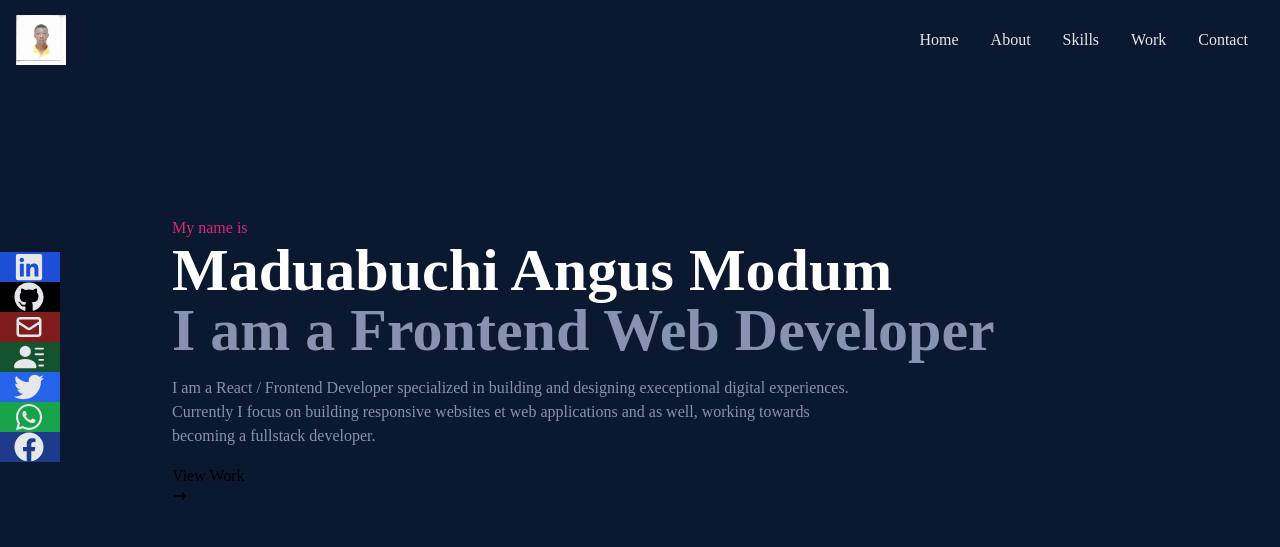
Repository: AngusOnyebuchi/Dashboard
Page: /
An editor plug-in stored every save of this project. The page is shown before and after the next save, followed by the edit.
The browser window is 1280 px wide. The pictures show the whole page.
The project was rebuilt for these pictures with package versions that can differ from the ones it lists, and the page was loaded fresh each time.

Above is the page before, as saved 2022-04-13 22:37:17.

### public/index.html
<!DOCTYPE html>
<html lang="en">
  <head>
    <meta charset="utf-8" />
    <link rel="icon" href="%PUBLIC_URL%/favicon.ico" />
    <meta name="viewport" content="width=device-width, initial-scale=1" />
    <meta name="theme-color" content="#000000" />
    <meta
      name="description"
      content="Web site created using create-react-app"
    />
    <link rel="apple-touch-icon" href="%PUBLIC_URL%/logo192.png" />
    <!--
      manifest.json provides metadata used when your web app is installed on a
      user's mobile device or desktop. See https://developers.google.com/web/fundamentals/web-app-manifest/
    -->
    <link rel="manifest" href="%PUBLIC_URL%/manifest.json" />
    <!--
      Notice the use of %PUBLIC_URL% in the tags above.
      It will be replaced with the URL of the `public` folder during the build.
      Only files inside the `public` folder can be referenced from the HTML.

      Unlike "/favicon.ico" or "favicon.ico", "%PUBLIC_URL%/favicon.ico" will
      work correctly both with client-side routing and a non-root public URL.
      Learn how to configure a non-root public URL by running `npm run build`.
    -->
    <title>Tenzies Game</title>
  </head>
  <body>
    <noscript>You need to enable JavaScript to run this app.</noscript>
    <div id="root"></div>
    <!--
      This HTML file is a template.
      If you open it directly in the browser, you will see an empty page.

      You can add webfonts, meta tags, or analytics to this file.
      The build step will place the bundled scripts into the <body> tag.

      To begin the development, run `npm start` or `yarn start`.
      To create a production bundle, use `npm run build` or `yarn build`.
    -->
  </body>
</html>

### src/index.js
import React from "react";
import ReactDOM from "react-dom";
import "./style.css"
import App from "./App";

ReactDOM.render(<App/>, document.getElementById("root"))

### src/style.css
@tailwind base;
@tailwind components;
@tailwind utilities;

@layer base {
    body{
        @apply font-[Railway];
    }
    li {
        @apply px-4;
        @apply cursor-pointer;
    }
}

### src/App.js
import React from "react";
import NavBar from "./components/NavBar"
import Home from "./components/Home"

export default function App() {
    return (
        <div>
          <NavBar/>
          <Home/>
        </div>
    )
}

### src/components/NavBar.js
import React, {useState} from "react";
import {FaBars, FaTimes, FaGithub, FaFacebook, FaTwitter, FaWhatsapp, FaLinkedin} from "react-icons/fa"
import {HiOutlineMail} from "react-icons/hi"
import {BsFillPersonLinesFill} from "react-icons/bs"
import Logo from "../images/passport.jpg"

export default function NavBar() {

  const [nav, setNav] = useState(true)
  const handleClick = () => setNav(!nav)
  return(
    <div className="fixed w-full h-[80px] flex justify-between items-center px-4 bg-[#0a192f] text-gray-200 ">

       <div>
          <img src={Logo} alt="Logo Image" style={{width: "50px"}}/>
       </div>

         {/* Menu */}
         <ul className="hidden md:flex">
            <li>Home</li>
            <li>About</li>
            <li>Skills</li>
            <li>Work</li>
            <li>Contact</li>
         </ul>

       {/* Hamburger */}
       <div onClick={handleClick} className="md:hidden z-10">
          {nav ? <FaBars/> : <FaTimes/>}
       </div>

       {/* Mobile menu*/}
       <ul className={nav ? "hidden" : "absolute top-0 left-0 w-full h-screen bg-inherit flex flex-col justify-center items-center md:hidden"}>
            <li className="py-6 text-4xl">Home</li>
            <li className="py-6 text-4xl">About</li>
            <li className="py-6 text-4xl">Skills</li>
            <li className="py-6 text-4xl">Work</li>
            <li className="py-6 text-4xl">Contact</li>
       </ul>

       {/**Social Icons */}
       <div className="hidden lg:flex fixed flex-col top-[35%] left-0">
         <ul>

           <li className="w-[160px] h-60px flex justify-between items-center ml-[-100px] hover:ml-[-10px] duration-300 bg-blue-700">
             <a className="flex justify-between items-center w-full text-gray-200 "
                href="/">
               LinkedIn <FaLinkedin size={30}/>
             </a>
           </li>

           <li className="w-[160px] h-60px flex justify-between items-center ml-[-100px] hover:ml-[-10px] duration-300 bg-black">
             <a className="flex justify-between items-center w-full text-gray-200 "
                href="/">
               Github <FaGithub size={30}/>
             </a>
           </li>

           <li className="w-[160px] h-60px flex justify-between items-center ml-[-100px] hover:ml-[-10px] duration-300 bg-red-900">
             <a className="flex justify-between items-center w-full text-gray-200 "
                href="/">
               Email <HiOutlineMail size={30}/>
             </a>
           </li>

           <li className="w-[160px] h-60px flex justify-between items-center ml-[-100px] hover:ml-[-10px] duration-300 bg-green-900">
             <a className="flex justify-between items-center w-full text-gray-200 "
                href="/">
               Resume <BsFillPersonLinesFill size={30}/>
             </a>
           </li>

           <li className="w-[160px] h-60px flex justify-between items-center ml-[-100px] hover:ml-[-10px] duration-300 bg-blue-600">
             <a className="flex justify-between items-center w-full text-gray-200 "
                href="/">
               Twitter <FaTwitter size={30}/>
             </a>
           </li>

           <li className="w-[160px] h-60px flex justify-between items-center ml-[-100px] hover:ml-[-10px] duration-300 bg-green-600">
             <a className="flex justify-between items-center w-full text-gray-200 "
                href="/">
               Whatsapp <FaWhatsapp size={30}/>
             </a>
           </li>

           <li className="w-[160px] h-60px flex justify-between items-center ml-[-100px] hover:ml-[-10px] duration-300 bg-blue-900">
             <a className="flex justify-between items-center w-full text-gray-200 "
                href="/">
               Facebook <FaFacebook size={30}/>
             </a>
           </li>

         </ul>
       </div>

    </div>
  )
}

### src/components/Home.js
import React from "react";
import { HiArrowNarrowRight} from "react-icons/hi"

export default function Home() {
    return (
        <div name="home" className="w-full h-screen bg-[#0a192f] ">

            {/** Container */}
            <div className="max-w-[1000px] mx-auto px-8 flex flex-col justify-center h-full">
               <p className="text-pink-600">My name is</p>
               <h1 className="text-3xl sm:text-6xl font-bold text-white">Maduabuchi Angus Modum</h1>
               <h2 className="text-4xl sm:text-6xl font-bold text-[#8892b0]">I am a Frontend Web Developer </h2>
               <p className="text-[#8892b0] py-4 max-w-[700px]">I am a React / Frontend Developer specialized in building and designing execeptional digital experiences. Currently I focus on building responsive websites et web applications and as well, working towards becoming a fullstack developer.</p>
               <div>
                   <button>View Work <HiArrowNarrowRight/> </button>
               </div>
            </div>
        </div>
    )
}

Loaded but not shown: tailwind.config.js (common file)

After the next save:
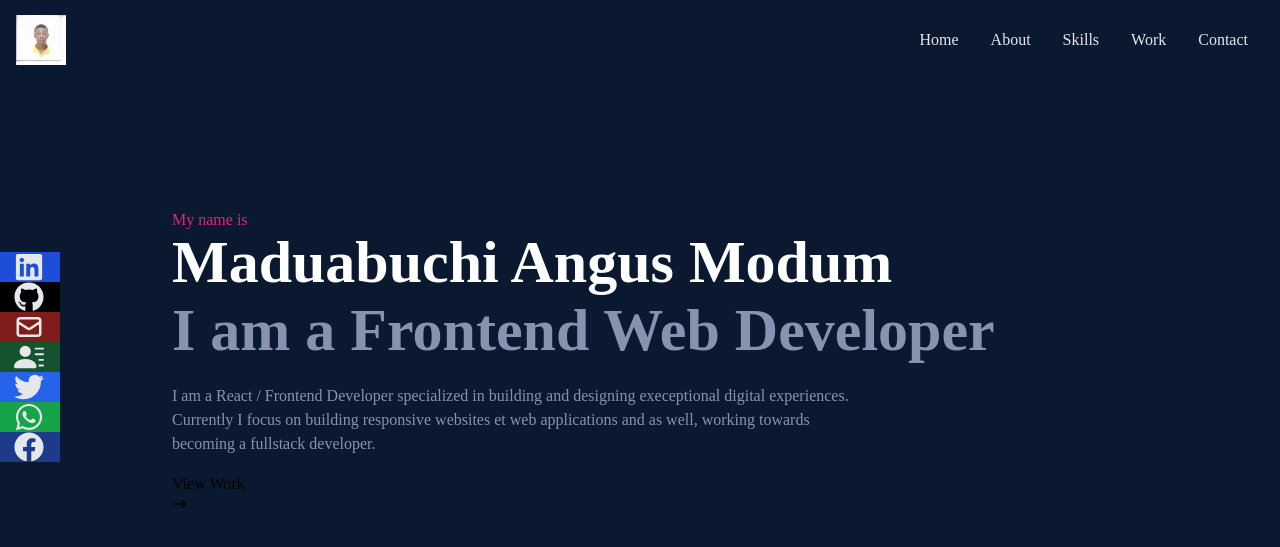
Saved 60 s later.
--- a/src/components/Home.js
+++ b/src/components/Home.js
@@ -9,7 +9,7 @@ export default function Home() {
             <div className="max-w-[1000px] mx-auto px-8 flex flex-col justify-center h-full">
                <p className="text-pink-600">My name is</p>
                <h1 className="text-3xl sm:text-6xl font-bold text-white">Maduabuchi Angus Modum</h1>
-               <h2 className="text-4xl sm:text-6xl font-bold text-[#8892b0]">I am a Frontend Web Developer </h2>
+               <h2 className="text-4xl sm:text-6xl font-bold text-[#8892b0] py-2">I am a Frontend Web Developer </h2>
                <p className="text-[#8892b0] py-4 max-w-[700px]">I am a React / Frontend Developer specialized in building and designing execeptional digital experiences. Currently I focus on building responsive websites et web applications and as well, working towards becoming a fullstack developer.</p>
                <div>
                    <button>View Work <HiArrowNarrowRight/> </button>
